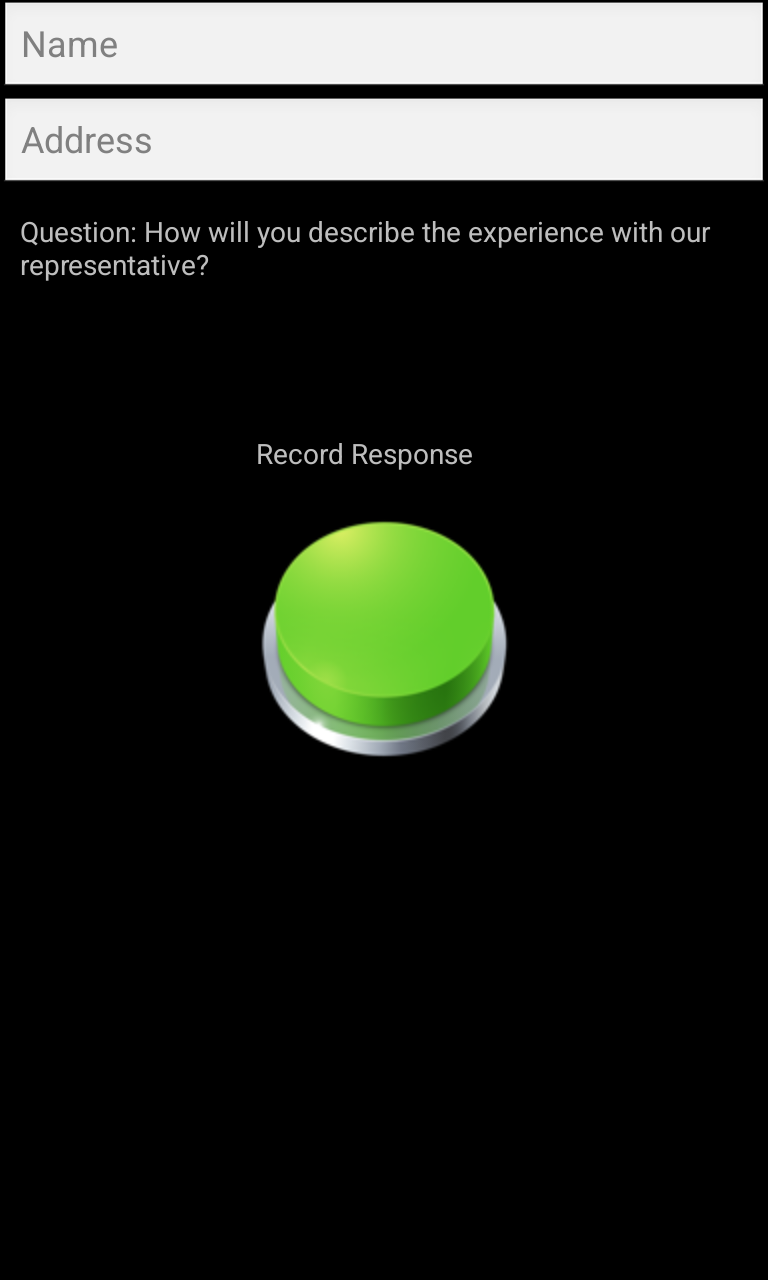
Repository: Anmol92verma/SurveyApp
Layout: SoundServey/res/layout/activity_main.xml
An editor plug-in stored every save of this project. The layout is shown before and after the next save, followed by the edit.
It is drawn on a 768 x 1280 px phone screen (xhdpi) without system bars, with theme android:Theme.Black; the app's code is not run.

Above is the layout before, as saved 2015-02-21 16:44:26.

After the next save:
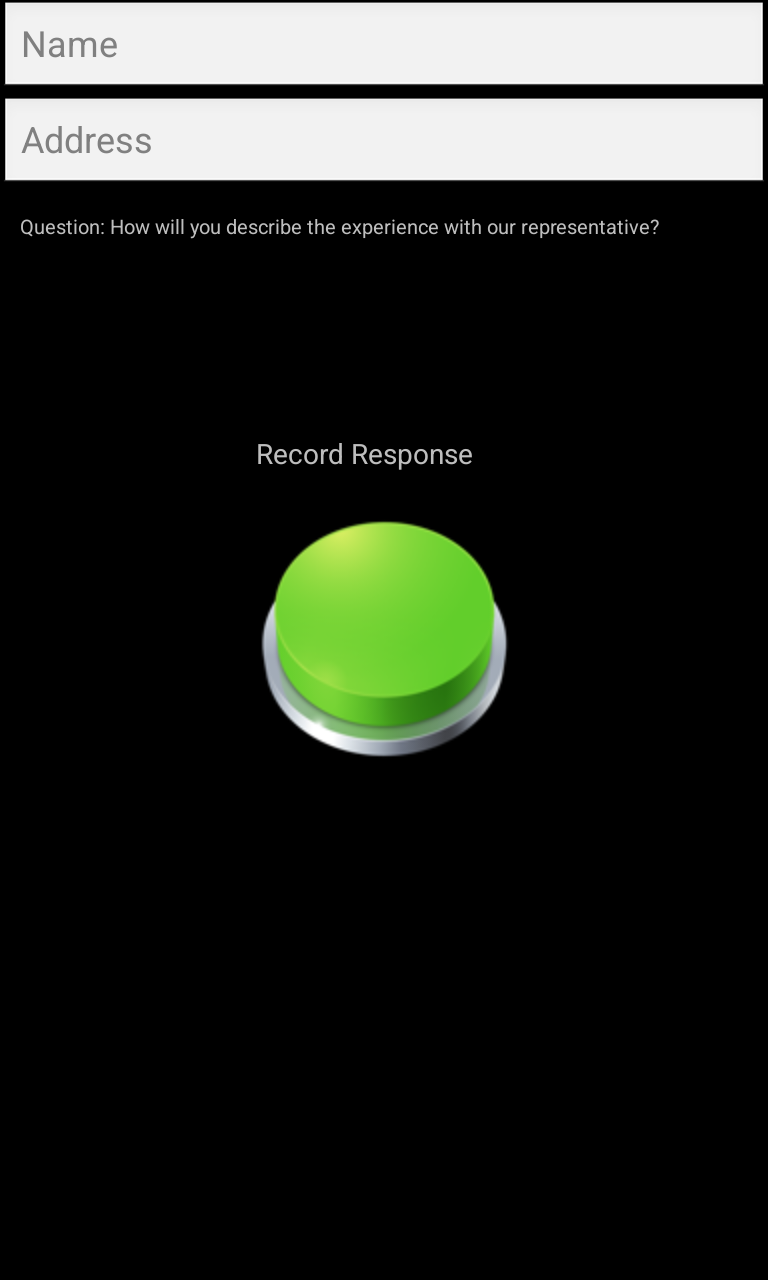
Saved 9 s later.
--- a/SoundServey/res/layout/activity_main.xml
+++ b/SoundServey/res/layout/activity_main.xml
@@ -28,6 +28,7 @@
                 android:id="@+id/textview_question"
                 android:layout_width="wrap_content"
                 android:layout_height="wrap_content"
+                android:textSize="@dimen/dimen_paddingtext"
                 android:padding="@dimen/dimen_paddingtext"
                 android:text="@string/string_question"
                 />
